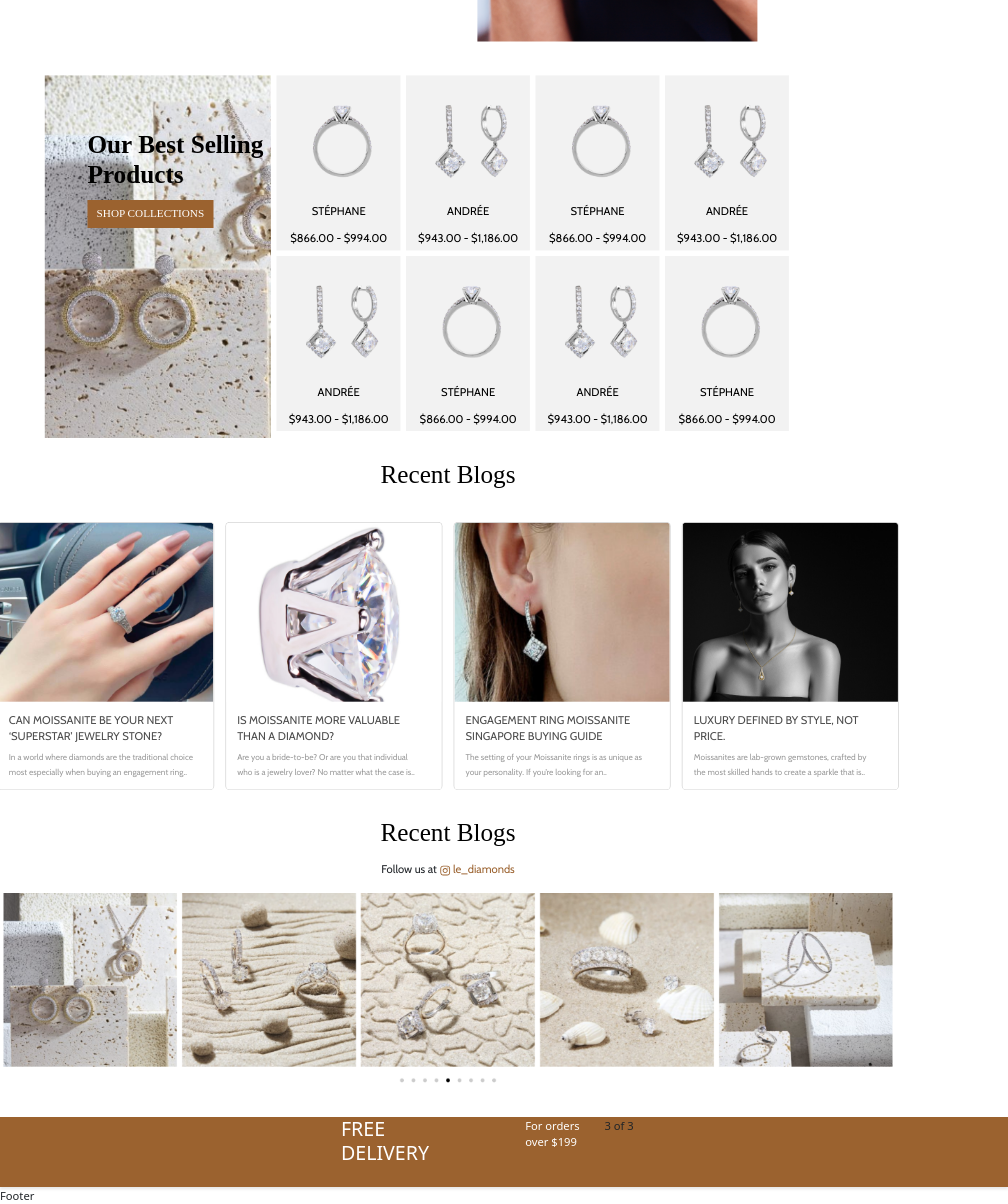
Repository: farrelmuhammad/lediamonds-vi8e
Page: /
An editor plug-in stored every save of this project. The page is shown before and after the next save, followed by the edit.
The browser window is 1280 px wide. The page is 1440 px wide, so the pictures cover 1440 px, including what lies to the right of the window. The pictures show the part of the page from y = 2234 to 3954 px (the page is 3954 px tall), at 70% of full size.
The project was rebuilt for these pictures with package versions that can differ from the ones it lists, and the page was loaded fresh each time. Also part of the build but not shown: src/App.css.

Above is the page before, as saved 2022-09-17 15:42:34.

After the next save:
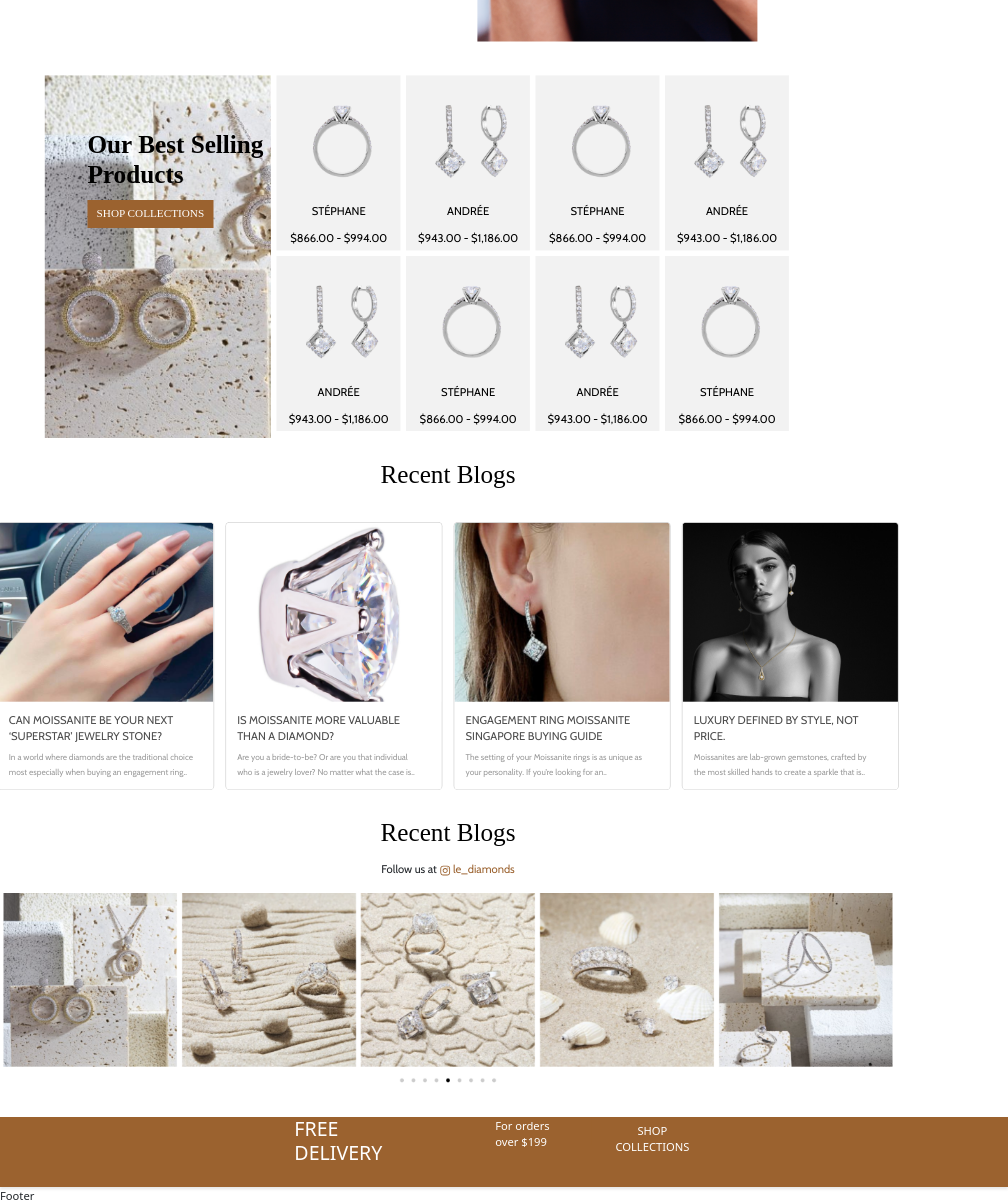
Saved 31 s later.
--- a/src/components/FreeDelivery.jsx
+++ b/src/components/FreeDelivery.jsx
@@ -18,7 +18,13 @@ const FreeDelivery = () => {
               <p>For orders over $199</p>
             </div>
           </div>
-          <div class="col">3 of 3</div>
+          <div class="col">
+            <div class="d-flex button-hero">
+              <a href="#about" class="btn text-white text-center">
+                SHOP COLLECTIONS
+              </a>
+            </div>
+          </div>
         </div>
       </div>
     </>
